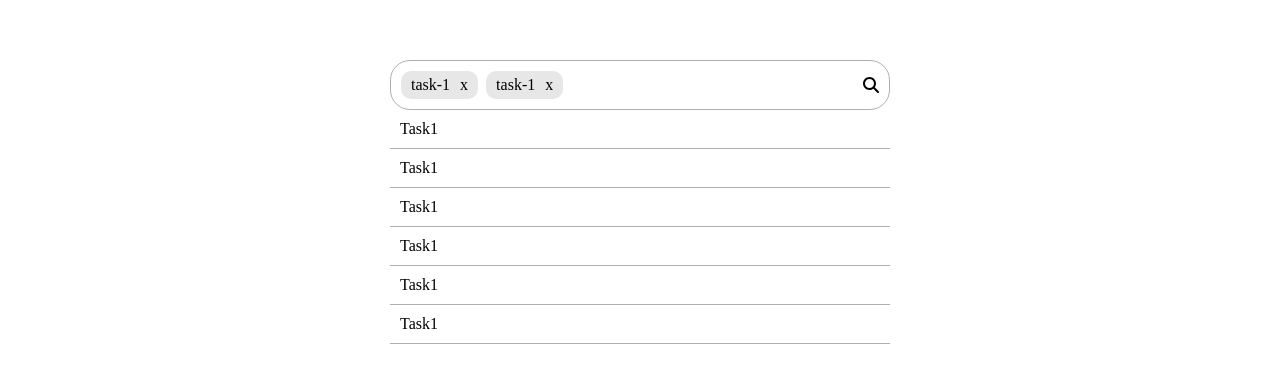
Repository: OkazakiTruong/selectOption
Page: /
The author's editor kept a copy of each file at every save. The page is drawn from the files as they stood at one save, then again after the next save.
The browser window is 1280 px wide. The pictures show the whole page.
The project was rebuilt for these pictures with package versions that can differ from the ones it lists, and the page was loaded fresh each time. Also part of the build but not shown: vite.config.js.

Above is the page before, as saved 2024-01-17 22:14:04.

### src/App.jsx
import React from "react";
import { SelectBoxContainer } from "./SelectBox/SelectBoxContainer";

export default function App() {
  return (
    <div>
      <SelectBoxContainer />
    </div>
  );
}

### src/SelectBox/SelectBoxContainer.jsx
import React from "react";
import "./selectbox.css";
import { SelectBox } from "./SelectBox";

export const SelectBoxContainer = () => {
  return (
    <div className="select-container">
      <SelectBox />
    </div>
  );
};

### src/SelectBox/selectbox.css
.select-container {
  width: 500px;
  margin: 60px auto;
}
.select-input {
  display: flex;
  flex-wrap: wrap;
  align-items: center;
  justify-content: flex-start;
  width: 500px;
  padding: 10px;
  padding-right: 60px;
  border: 1px solid #afafaf;
  border-radius: 20px;
  gap: 8px;
  position: relative;
}
.select-input.focus {
  border: 2px solid black;
}
.select-input .input {
  border: none;
  outline: none;
  flex: 2;
}
.select-input .search-icon {
  position: absolute;
  right: 10px;
  cursor: pointer;
}
.select-item {
  padding: 5px 10px;
  background-color: #e7e7e7;
  border-radius: 10px;
  display: flex;
  align-items: center;
}
.select-item .btn-delete {
  margin-left: 10px;
}

.option-item {
  padding: 10px;
  border-bottom: 1px solid #afafaf;
}

### src/SelectBox/SelectBox.jsx
import { FontAwesomeIcon } from "@fortawesome/react-fontawesome";
import React, { useRef, useState } from "react";
import { faMagnifyingGlass } from "@fortawesome/free-solid-svg-icons";

export const SelectBox = () => {
  const inputRef = useRef(null);
  const selectInputRef = useRef(null);
  const handleFocus = () => {
    selectInputRef.current.classList.add("focus");
  };
  const handleBlur = () => {
    selectInputRef.current.classList.remove("focus");
  };
  const handleClick = () => {
    console.log(selectInputRef.current.classList.contains("focus"));
    if (!selectInputRef.current.classList.contains("focus")) {
      inputRef.current.focus();
    }
  };
  return (
    <>
      <div className="select-input" ref={selectInputRef} onClick={handleClick}>
        <div className="select-item">
          <span>task-1</span>
          <span className="btn-delete">x</span>
        </div>
        <div className="select-item">
          <span>task-1</span>
          <span className="btn-delete">x</span>
        </div>
        <input
          className="input"
          ref={inputRef}
          onFocus={handleFocus}
          onBlur={handleBlur}
        ></input>
        <FontAwesomeIcon icon={faMagnifyingGlass} className="search-icon" />
      </div>
      <div className="select-option">
        <div className="option-item">Task1</div>
        <div className="option-item">Task1</div>
        <div className="option-item">Task1</div>
        <div className="option-item">Task1</div>
        <div className="option-item">Task1</div>
        <div className="option-item">Task1</div>
      </div>
    </>
  );
};

Loaded but not shown: index.html (common file); src/main.jsx (common file); src/index.css (common file)

After the next save:
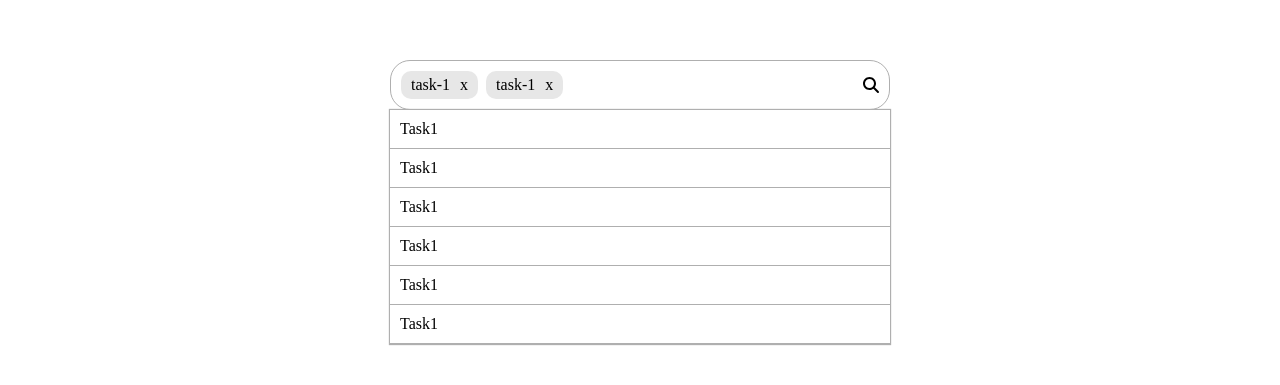
Saved 32 s later.
--- a/src/SelectBox/selectbox.css
+++ b/src/SelectBox/selectbox.css
@@ -38,7 +38,9 @@
 .select-item .btn-delete {
   margin-left: 10px;
 }
-
+.select-option {
+  box-shadow: 0px 0px 1px 1px #afafaf;
+}
 .option-item {
   padding: 10px;
   border-bottom: 1px solid #afafaf;
